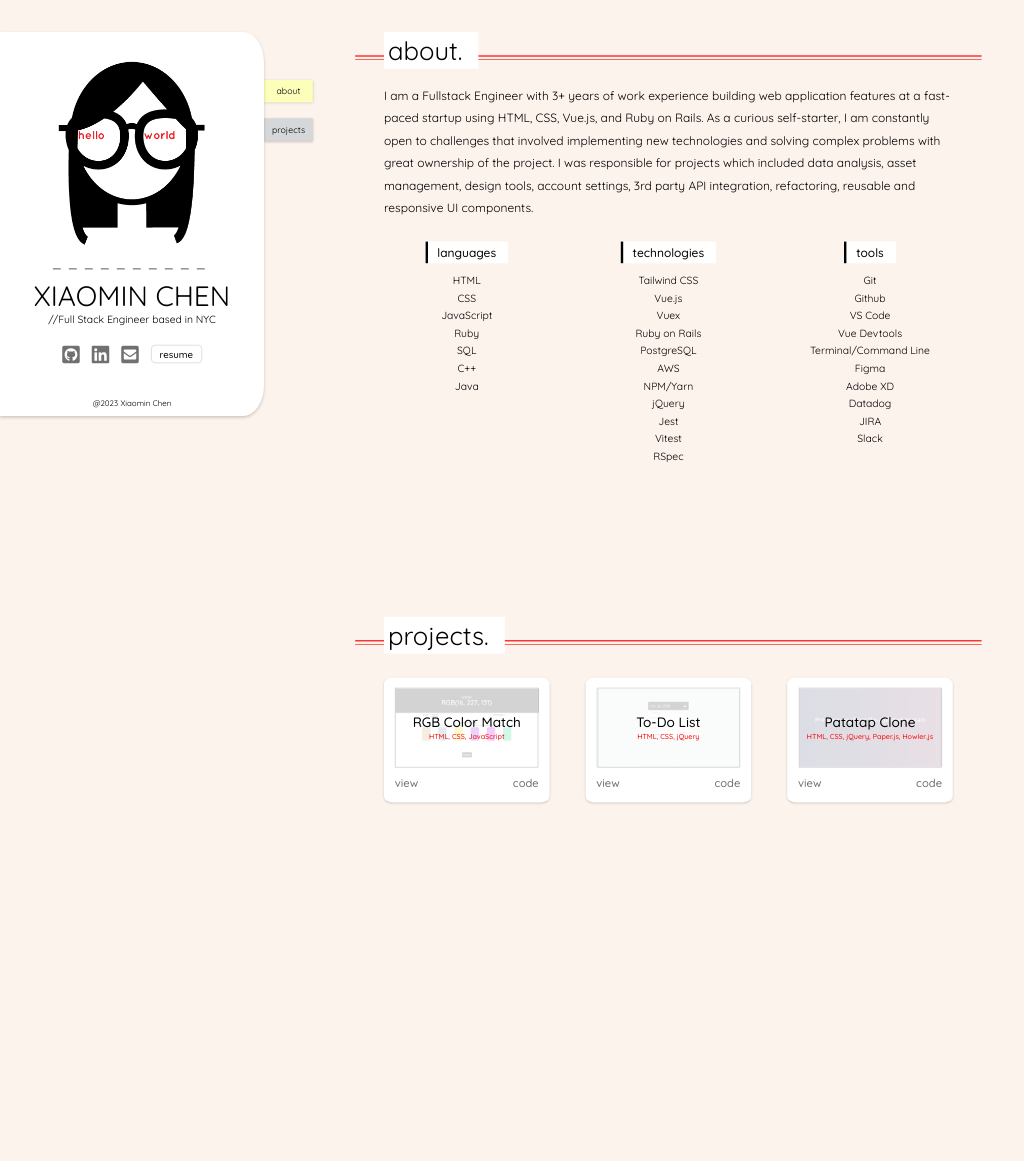
Repository: xchen136/xchen136.github.io
Page: index.html
An editor plug-in stored every save of this project. The page is shown before and after the next save, followed by the edit.
The browser window is 1280 px wide. The pictures show the whole page, at 80% of full size.
Some web libraries are served in a nearby version. The style sheet was rebuilt from its Sass, Less or Tailwind sources for each picture, by a compiler version that may differ from the author's.

Above is the page before, as saved 2023-04-08 13:56:34.

### index.html
<!DOCTYPE html>
<html lang="en">
<head>
	<meta charset="UTF-8">
	<meta name="viewport" content="width=device-width, initial-scale=1.0">
	<link rel="stylesheet" href="css/style.css">
	<link rel="shortcut icon" type="image/png" href="img/icon/favicon-32.png">
	<link rel="stylesheet" href="https://fonts.googleapis.com/css?family=Quicksand:300,400,500,700&display=swap">
	<link rel="stylesheet" href="https://use.fontawesome.com/releases/v5.8.1/css/all.css">
	<script src="https://code.jquery.com/jquery-3.6.4.min.js" integrity="sha256-oP6HI9z1XaZNBrJURtCoUT5SUnxFr8s3BzRl+cbzUq8=" crossorigin="anonymous"></script>

	<title>Xiaomin Chen</title>
</head>

<body class="main-background">
	<header id="home-header" class="header">
		<div class="header__profile">
			<div class="header__profile-logo-box">
				<img class="header__profile-avatar header__profile-logo"
					 alt="xiaomin's cartoon avatar"
					 srcset="img/avatar/cartoon_avatar-1x.png 1x, img/avatar/cartoon_avatar-2x.png 2x"
					 src="img/avatar/cartoon_avatar-2x.png">

				<img class="header__profile-avatar header__profile-photo"
					 alt="xiaomin's photo"
					 srcset="img/avatar/portrait_avatar-1x.jpg 1x, img/avatar/portrait_avatar-2x.jpg 2x"
					 src="img/avatar/portrait_avatar-2x.jpg">
			</div>

			<div class="header__divider-box">
				<div class="header__divider-line"></div>
			</div>

			<div class="header__content">
				<h1 class="heading-primary">
					<div class="heading-primary--main">Xiaomin Chen</div>
					<div class="heading-primary--sub">//Full Stack Engineer based in NYC</div>
				</h1>

				<div class="header__profileLinks">
					<a class="header__profileItem" href="https://github.com/xchen136" target="_blank"><i class="fab fa-github-square"></i></a>

					<a class="header__profileItem" href="https://www.linkedin.com/in/xchen136" target="_blank"><i class="fab fa-linkedin"></i></a>

					<!-- <a class="header__profileItem" href="https://www.instagram.com/wata.hia/" target="_blank"><i class="fab fa-instagram"></i></a> -->

					<a class="header__profileItem header__profileItem--email" tooltip="click to copy email">
						<i class="fas fa-envelope-square"></i>
					</a>

					<span class="header__btn-resume">
						<a href="Xiaomin_Chen_Resume.pdf" download>resume</a>
					</span>
				</div>

				<footer class="footer--home">@2023 Xiaomin Chen</footer>
			</div>
		</div>

		<nav id="home-nav" class="section-tab">
			<ul>
				<li class="section-tab__item section-tab__item--about"><a class="section-tab__link" href="#about">about</a></li>
				<!-- <li class="section-tab__item section-tab__item--design"><a class="section-tab__link" href="#design">design</a></li> -->
				<li class="section-tab__item section-tab__item--develop"><a class="section-tab__link" href="#projects">projects</a></li>
			</ul>
		</nav>
	</header>

	<main class="content">
		<section id="about" class="section-about">

			<div class="section-title">
				<div class="section-title__divider"></div>
				<h2 class="heading-secondary heading-secondary--sectionTitle">about.</h2>
			</div>

			<p class="section-about__summary">I am a Fullstack Engineer with 3+ years of work experience building web application features at a fast-paced startup using HTML, CSS, Vue.js, and Ruby on Rails.
				As a curious self-starter, I am constantly open to challenges that involved implementing new technologies and solving complex problems with great ownership of the project.
				I was responsible for projects which included data analysis, asset management, design tools, account settings, 3rd party API integration, refactoring, reusable and responsive UI components. </p>

			<div class="skill-box-row skill-box row">
				<div class="col-1-of-3">
					<!-- <img class="icon"
						 alt="icon for languages"
						 srcset="img/icon/icon-tech-1x.png 1x, img/icon/icon-tech-2x.png 2x"
						 src="img/icon/icon-tech-2x.png"> -->

					<h3 class="heading-tertiary skill-title">Languages</h3>
					<ul class="skill">
						<li class="skill__item">HTML</li>
						<li class="skill__item">CSS</li>
						<li class="skill__item">JavaScript</li>
						<li class="skill__item">Ruby</li>
						<li class="skill__item">SQL</li>
						<li class="skill__item">C++</li>
						<li class="skill__item">Java</li>
					</ul>
				</div>
				<div class="col-1-of-3">
					<!-- <img class="icon"
						 alt="icon for technology"
						 srcset="img/icon/icon-tech-1x.png 1x, img/icon/icon-tech-2x.png 2x"
						 src="img/icon/icon-tech-2x.png"> -->

					<h3 class="heading-tertiary skill-title">Technologies</h3>
					<ul class="skill">
						<li class="skill__item">Tailwind CSS</li>
						<li class="skill__item">Vue.js</li>
						<li class="skill__item">Vuex</li>
						<li class="skill__item">Ruby on Rails</li>
						<li class="skill__item">PostgreSQL</li>
						<li class="skill__item">AWS</li>
						<li class="skill__item">NPM/Yarn</li>
						<li class="skill__item">jQuery</li>
						<li class="skill__item">Jest</li>
						<li class="skill__item">Vitest</li>
						<li class="skill__item">RSpec</li>
					</ul>
				</div>
				<div class="col-1-of-3">
					<!-- <img class="icon"
						 alt="icon for tool"
						 srcset="img/icon/icon-tool-1x.png 1x, img/icon/icon-tool-2x.png 2x"
						 src="img/icon/icon-tool-2x.png"> -->
					<h3 class="heading-tertiary skill-title">Tools</h3>
					<ul class="skill">
						<li class="skill__item">Git</li>
						<li class="skill__item">Github</li>
						<li class="skill__item">VS Code</li>
						<li class="skill__item">Vue Devtools</li>
						<li class="skill__item">Terminal/Command Line</li>
						<li class="skill__item">Figma</li>
						<li class="skill__item">Adobe XD</li>
						<li class="skill__item">Datadog</li>
						<li class="skill__item">JIRA</li>
						<li class="skill__item">Slack</li>
					</ul>
				</div>
				<!-- <div class="col-1-of-3">
					<img class="icon"
						 alt="icon for design"
						 srcset="img/icon/icon-design-1x.png 1x, img/icon/icon-design-2x.png 2x"
					     src="img/icon/icon-design-2x.png">
					<h3 class="heading-tertiary skill-title">Design</h3>
					<ul class="skill">
						<li class="skill__item">Logo</li>
						<li class="skill__item">Poster</li>
						<li class="skill__item">Brochure</li>
						<li class="skill__item">Application</li>
						<li class="skill__item">Website</li>
					</ul>
				</div> -->
			</div>

			<div class="skill-box-col">
				<div class="skill-box-col__section">
					<h3 class="heading-tertiary skill-title">Languages</h3>
					<div class="skill-box-col__list">
						HTML, CSS, JavaScript, Ruby, SQL, C++, Java
					</div>
				</div>
				<div class="skill-box-col__section">
					<h3 class="heading-tertiary skill-title">Technologies</h3>
					<div class="skill-box-col__list">Tailwind CSS, Vue.js, Vuex, Ruby on Rails, PostgreSQL, AWS, NPM, Yarn, jQuery, Jest, Vitest, RSpec</div>
				</div>
				<div class="skill-box-col__section">
					<h3 class="heading-tertiary skill-title">Tools</h3>
					<div class="skill-box-col__list">Git, Github, VS Code, Vue Devtools, Terminal, Command Line, Figma, Adobe XD, Datadog, JIRA, Slack</div>
				</div>
			</div>
		</section>

		<!-- Jumping to <section> fail to change section-tab color to yellow, so will jump to id="design" class="locator" -->
		<!-- <section class="section-design">
			<div id="design" class="locator"></div>

			<div class="section-title">
				<div class="section-title__divider section-title__divider--long"></div>
				<h2 class="heading-secondary heading-secondary--sectionTitle">design.</h2>
			</div>

			<div class="section-design__content">
				<div class="row">
					<div class="col-1-of-4">
						<a href="design-chopstick.html">
							<div class="design-cover">
								<img class="design-cover__img"
									 alt="cropped cover for chopstick expedition's booklet design"
									 srcset="img/design-cover/chopstick-1x.jpg 1x, img/design-cover/chopstick-2x.jpg 2x"
									 src="img/design-cover/chopstick-2x.jpg">

								<div class="design-cover__content">
									<div class="design-cover__title">
										<p class="design-cover__title--main">Chopstick</p>
										<p class="design-cover__title--sub">Booklet</p>
									</div>
								</div>
							</div>
						</a>
					</div>
					<div class="col-1-of-4">
						<a href="design-yusaku.html">
							<div class="design-cover">
								<img class="design-cover__img"
									 alt="cropped cover for kamekura yusaku's design project"
									 srcset="img/design-cover/yusaku-eblast-1x.jpg 1x,
									         img/design-cover/yusaku-eblast-2x.jpg 2x"
								 	 src="img/design-cover/yusaku-eblast-2x.jpg">

								<div class="design-cover__content">
									<div class="design-cover__title">
										<p class="design-cover__title--main">Yusaku</p>
										<p class="design-cover__title--sub">Poster + Flyer</p>
									</div>
								</div>
							</div>
						</a>
					</div>
					<div class="col-1-of-4">
						<a href="design-ohny.html">
							<div class="design-cover">
								<img class="design-cover__img"
									 alt="cropped cover for open house new york's brochure design"
									 srcset="img/design-cover/ohny-1x.jpg 1x, img/design-cover/ohny-2x.jpg 2x"
									 src="img/design-cover/ohny-2x.jpg">

								<div class="design-cover__content">
									<div class="design-cover__title">
										<p class="design-cover__title--main">OHNY</p>
										<p class="design-cover__title--sub">Brochure</p>
									</div>
								</div>
							</div>
						</a>
					</div>
					<div class="col-1-of-4">
						<a href="design-metrofare.html">
							<div class="design-cover">
								<img class="design-cover__img"
									 alt="cropped cover for metrofare refill's app interface design"
									 srcset="img/design-cover/metrofare-refill-1x.jpg 1x,
									      img/design-cover/metrofare-refill-2x.jpg 2x"
									 src="img/design-cover/metrofare-refill-2x.jpg">

								<div class="design-cover__content">
									<div class="design-cover__title">
										<p class="design-cover__title--main">MetroFare Refill</p>
										<p class="design-cover__title--sub">App Interface</p>
									</div>
								</div>
							</div>
						</a>
					</div>
				</div>

				<div class="row">
					<div class="col-1-of-4">
						<a href="design-forest.html">
							<div class="design-cover">
								<img class="design-cover__img"
									 alt="cropped cover for the forest's movie poster design"
								     srcset="img/design-cover/the-forest-1x.jpg 1x, img/design-cover/the-forest-2x.jpg 2x"
								     src="img/design-cover/the-forest-2x.jpg">

								<div class="design-cover__content">
									<div class="design-cover__title">
										<p class="design-cover__title--main">The Forest</p>
										<p class="design-cover__title--sub">Poster</p>
									</div>
								</div>
							</div>
						</a>
					</div>
					<div class="col-1-of-4">
						<a href="design-sexualOffense.html">
							<div class="design-cover">
								<img class="design-cover__img"
									 alt="cropped cover for sexual offense's data visualization poster design"
									 srcset="img/design-cover/sexual-offense-1x.jpg 1x,
									 		 img/design-cover/sexual-offense-2x.jpg 2x"
									 src="img/design-cover/sexual-offense-2x.jpg">
								<div class="design-cover__content">
									<div class="design-cover__title">
										<p class="design-cover__title--main">Sexual Offense</p>
										<p class="design-cover__title--sub">Poster</p>
									</div>
								</div>
							</div>
						</a>
					</div>
					<div class="col-1-of-4">
						<a href="design-skyscraper.html">
							<div class="design-cover">
								<img class="design-cover__img"
									 alt="cropped cover for walking skyscraper's typography poster design"
									 srcset="img/design-cover/walking-skyscraper-1x.jpg 1x,
									 		 img/design-cover/walking-skyscraper-2x.jpg 2x"
									 src="img/design-cover/walking-skyscraper-2x.jpg">
								<div class="design-cover__content">
									<div class="design-cover__title">
										<p class="design-cover__title--main">Skyscraper</p>
										<p class="design-cover__title--sub">Poster</p>
									</div>
								</div>
							</div>
						</a>
					</div>
					<div class="col-1-of-4">
						<a href="design-superstudio.html">
							<div class="design-cover">
								<img class="design-cover__img"
									 alt="cropped cover for superstudio's world vision visual identity design"
									 srcset="img/design-cover/superstudio-1x.png 1x, img/design-cover/superstudio-2x.png 2x"
									 src="img/design-cover/superstudio-2x.png">
								<div class="design-cover__content">
									<div class="design-cover__title">
										<p class="design-cover__title--main">Superstudio</p>
										<p class="design-cover__title--sub">Logo</p>
									</div>
								</div>
							</div>
						</a>
					</div>
				</div>
			</div>


		</section> -->

		<section class="section-develop"> <!-- section-tab won't change to yellow when it jumps to this location-->

			<!-- to jump to a nice looking location-->
			<div id="projects" class="locator"></div>

			<div class="section-title">
				<div class="section-title__divider"></div>
				<h2 class="heading-secondary heading-secondary--sectionTitle">projects.</h2>
			</div>

			<div class="row">
				<div class="col-1-of-3 col-1-of-1">
					<div class="develop-cover">
						<div class="develop-cover__content">
							<img class="develop-cover__img"
								 alt="cover for the rgb color match coding project"
								 srcset="img/develop-cover/rgb-game-1x.png 1x, img/develop-cover/rgb-game-2x.png 2x"
								 src="img/develop-cover/rgb-game-2x.png">

							<div class="develop-cover__title">
								<p class="develop-cover__title--main">RGB Color Match</p>
								<p class="develop-cover__title--sub">HTML, CSS, JavaScript</p>
							</div>
						</div>

						<div class="develop-cover__btns">
							<a class="develop-cover__link develop-cover__link--left" href="coding-project/rgb-game/RGBgame.html" target="_blank">view</a>
							<a class="develop-cover__link develop-cover__link--right" href="https://github.com/xchen136/RGB-Color-Match" target="_blank">code</a>
						</div>
					</div>
				</div>

				<div class="col-1-of-3 col-1-of-1">
					<div class="develop-cover">
						<div class="develop-cover__content">
							<img class="develop-cover__img"
								 alt="cover for the todo list coding project"
								 srcset="img/develop-cover/todo-list-1x.png 1x, img/develop-cover/todo-list-2x.png 2x"
								 src="img/develop-cover/todo-list-2x.png">


							<div class="develop-cover__title">
								<p class="develop-cover__title--main">To-Do List</p>
								<p class="develop-cover__title--sub">HTML, CSS, jQuery</p>
							</div>
						</div>

						<div class="develop-cover__btns">
							<a class="develop-cover__link develop-cover__link--left" href="coding-project/todo-list/todo.html" target="_blank">view</a>
							<a class="develop-cover__link develop-cover__link--right" href="https://github.com/xchen136/To-do-List" target="_blank">code</a>
						</div>
					</div>
				</div>

				<div class="col-1-of-3 col-1-of-1">
					<div class="develop-cover">
						<div class="develop-cover__content">
							<img class="develop-cover__img"
								 alt="cover for the patatap coding project"
								 srcset="img/develop-cover/patatap-1x.png 1x, img/develop-cover/patatap-2x.png 2x"
								 src="img/develop-cover/patatap-2x.png">

							<div class="develop-cover__title">
								<p class="develop-cover__title--main">Patatap Clone</p>
								<p class="develop-cover__title--sub">HTML, CSS, jQuery, Paper.js, Howler,js</p>
							</div>
						</div>

						<div class="develop-cover__btns">
							<a class="develop-cover__link develop-cover__link--left" href="coding-project/patatap-clone/patatap.html" target="_blank">view</a>
							<a class="develop-cover__link develop-cover__link--right" href="https://github.com/xchen136/Patatap-Clone" target="_blank">code</a>
						</div>
					</div>
				</div>
			</div>

			<div class="row">
				<!-- <div class="col-1-of-3 col-1-of-1">
					<div class="develop-cover">
						<div class="develop-cover__content">
							<img class="develop-cover__img"
								 alt="cover for the step counting data visualization coding project"
								 srcset="img/develop-cover/step-counting-1x.png 1x,
								 		 img/develop-cover/step-counting-2x.png 2x"
								 src="img/develop-cover/step-counting-2x.png">

							<div class="develop-cover__title">
								<p class="develop-cover__title--main">Data Visualization</p>
								<p class="develop-cover__title--sub">HTML, CSS, jQuery, D3.js</p>
							</div>
						</div>

						<div class="develop-cover__btns">
							<a class="develop-cover__link develop-cover__link--left" href="coding-project/step-counting/step-counting.html" target="_blank">view</a>
							<a class="develop-cover__link develop-cover__link--right" href="https://github.com/xchen136/Step-Counting-and-Screen-Time" target="_blank">code</a>
						</div>
					</div>
				</div>	 -->

				<!-- <div class="col-1-of-3 col-1-of-1">
					<div class="develop-cover">
						<div class="develop-cover__content">
							<img class="develop-cover__img"
								 alt="cover for the song finder coding project"
								 srcset="img/develop-cover/song-finder-1x.png 1x, img/develop-cover/song-finder-2x.png 2x"
								 src="img/develop-cover/song-finder-2x.png">

							<div class="develop-cover__title">
								<p class="develop-cover__title--main">Song Track Finder</p>
								<p class="develop-cover__title--sub">HTML, CSS, jQuery, last.fm API</p>
							</div>
						</div>

						<div class="develop-cover__btns">
							<a class="develop-cover__link develop-cover__link--left" href="coding-project/song-track-finder/song-track-finder.html" target="_blank">view</a>
							<a class="develop-cover__link develop-cover__link--right" href="https://github.com/xchen136/Song-Track" target="_blank">code</a>
						</div>
					</div>
				</div>	 -->

<!-- 				<div class="col-1-of-3 col-1-of-1">
					<div class="develop-cover">
						<div class="develop-cover__content">
							<img class="develop-cover__img" src="#" alt="image cover for coding project ---">

							<div class="develop-cover__title">
								<p class="develop-cover__title--main">Coming Soon...</p>
								<p class="develop-cover__title--sub">%$#%#I^</p>
							</div>
						</div>

						<div class="develop-cover__btns">
							<a class="develop-cover__link develop-cover__link--left" href="#develop" target="_blank">view</a>
							<a class="develop-cover__link develop-cover__link--right" href="#develop" target="_blank">code</a>
						</div>
					</div>
				</div>	 -->
			</div>
		</section>

		<section class="section-contact"></section>
	</main>

	<script type="text/javascript" src="js/homepage.js"></script>
</body>
</html>

### sass/main.scss


@import "abstracts/mixins";
@import "abstracts/variables";

@import "base/animations";
@import "base/base";
@import "base/typography";
@import "base/utilities";

@import "components/autoSlide";
@import "components/card";
@import "components/design-cover";
@import "components/develop-cover";
@import "components/scroll-indicator";
@import "components/section-title";

@import "layout/design-content";
@import "layout/design-nav";
@import "layout/footer";
@import "layout/grid";
@import "layout/header";
@import "layout/section-tab";

@import "pages/home";

### sass/abstracts/_variables.scss


//GRID
$grid-width: 114rem;
$gutter-vertical-huge: 7rem;
$gutter-vertical-big: 6rem;
$gutter-vertical: 5rem;
$gutter-vertical-small: 3rem;
$gutter-horizontal-gigantic: 10rem;
$gutter-horizontal-huge: 7rem;
$gutter-horizontal: 4.5rem;
$gutter-horizontal-small: 3.5rem;
$gutter-horizontal-tiny: 2rem;
$gutter-horizontal-mini: 1rem;


//COLORS
$color-primary: #FDF3ED;
$color-gray: #D5D7DB;
$color-gray-dark: #707070;
$color-red: #FB0808;
$color-yellow: #FBFFB9;


//BOX-SHADOW
$shadow-default: 0 2px 4px rgba(#000000, .2);
$shadow-light: 0 1px 3px rgba(#000000, .2);


//HEADER WIDTH
$header-width-tabLand: 30rem;
$header-width-desktop: 35rem;

### sass/base/_animations.scss

@keyframes fade {
    from {
    	opacity: .4;
	}
    to {
    	opacity: 1;
	}
}


@keyframes moveX{
	from {
		left: .2rem; 				//color-ball shadow is 2px
	}
	to {
		left: 13.08rem;
	}
}


@keyframes moveY {
	from {
		top: .2rem;
	}
	to {
		top: 8.04rem;
	}
}


@media (max-width: 46.88em), (hover:none){		//sm-tab-port

	@keyframes moveX{
		from {
			left: .2rem;
		}
		to {
			left: 24.84rem;
		}
	}
}


@media (max-width: 46.88em), (hover:none){		//sm-tab-port

	@keyframes moveY{
		from {
			top: .2rem;
		}
		to {
			top: 15.32rem;
		}
	}
}


@keyframes moveTitleLeft{
	0%{
		opacity: 0;
		left: 50%;
	}

	100%{
		opacity: 1;
		left: 0;
	}
}


@keyframes moveTitleRight{
	0%{
		opacity: 0;
		right: 50%;
	}

	100%{
		opacity: 1;
		right: 0;
	}
}


@keyframes scrollDown{
	0%{
		right: 0;
	}

	100%{
		right: 75%;
	}
}

### sass/base/_utilities.scss

.u-margin-bottom-mini{
	margin-bottom: 1rem !important;
}

### sass/components/_section-title.scss

.section-title{
	position: relative;
	margin-bottom: 3rem;

	&:first-of-type{
		margin-bottom: 2rem;
	}

	@include respond(big-tab-port){
		margin-bottom: 3.5rem;
	}

	@include respond(big-phone){
		margin-bottom: 6rem;
	}


	&__divider{
		position: absolute;
		z-index: 1;
		left: -5%;
		top: 63%;
		width: 110%;
		height: 6px;
		border-top: 2px solid rgba($color-red, 0.8);
		border-bottom: .6px solid rgba($color-red, 0.8);

		@include respond(big-tab-land){
			top: 58%;
			border-top: 1.6px solid rgba($color-red, 0.8);
			border-bottom: .5px solid rgba($color-red, 0.8);
		}

		@include respond(med-desktop){
			height: 8.5px;
			border-top: 2.4px solid rgba($color-red, 0.8);
			border-bottom: 1px solid rgba($color-red, 0.8);
		}

		@include respond(huge-desktop){
			height: 12px;
			border-top: 3px solid rgba($color-red, 0.8);
			border-bottom: 1.2px solid rgba($color-red, 0.8);
		}
	}
}

### sass/layout/_footer.scss


.footer{
	&--home{
		position: absolute;
		@include centerH;
		bottom: 1rem;
		font-weight: 400;

		@include respond(big-tab-port){
			font-size: 1.3rem;
		}

		@include respond(big-phone){
			font-weight: 500;
		}

		@include respond(sm-phone){
			font-size: 1.6rem;
			bottom: 2rem;
		}
	}

	&--design{
		display: flex;
		align-items: center;
		justify-content: center;
		height: 6vh;
		font-size: 1.2rem;

		@include respond(sm-tab-port){
			font-size: 2rem;
			height: 6rem;
		}

		@include respond(big-phone){
			font-size: 2.2rem;
			height: 7rem;
		}

		@include respond(sm-phone){
			font-size: 2.5rem;
		}
	}
}

Loaded but not shown: js/homepage.js (65 lines, source omitted); sass/layout/_header.scss (326 lines, source omitted); sass/layout/_grid.scss (164 lines, source omitted); sass/pages/_home.scss (238 lines, source omitted); sass/layout/_design-content.scss (205 lines, source omitted); sass/components/_develop-cover.scss (183 lines, source omitted); sass/base/_typography.scss (167 lines, source omitted); sass/abstracts/_mixins.scss (92 lines, source omitted); sass/components/_design-cover.scss (126 lines, source omitted); sass/layout/_design-nav.scss (135 lines, source omitted); sass/components/_card.scss (103 lines, source omitted); sass/base/_base.scss (57 lines, source omitted); sass/components/_autoSlide.scss (66 lines, source omitted); sass/layout/_section-tab.scss (67 lines, source omitted); sass/components/_scroll-indicator.scss (53 lines, source omitted)

After the next save:
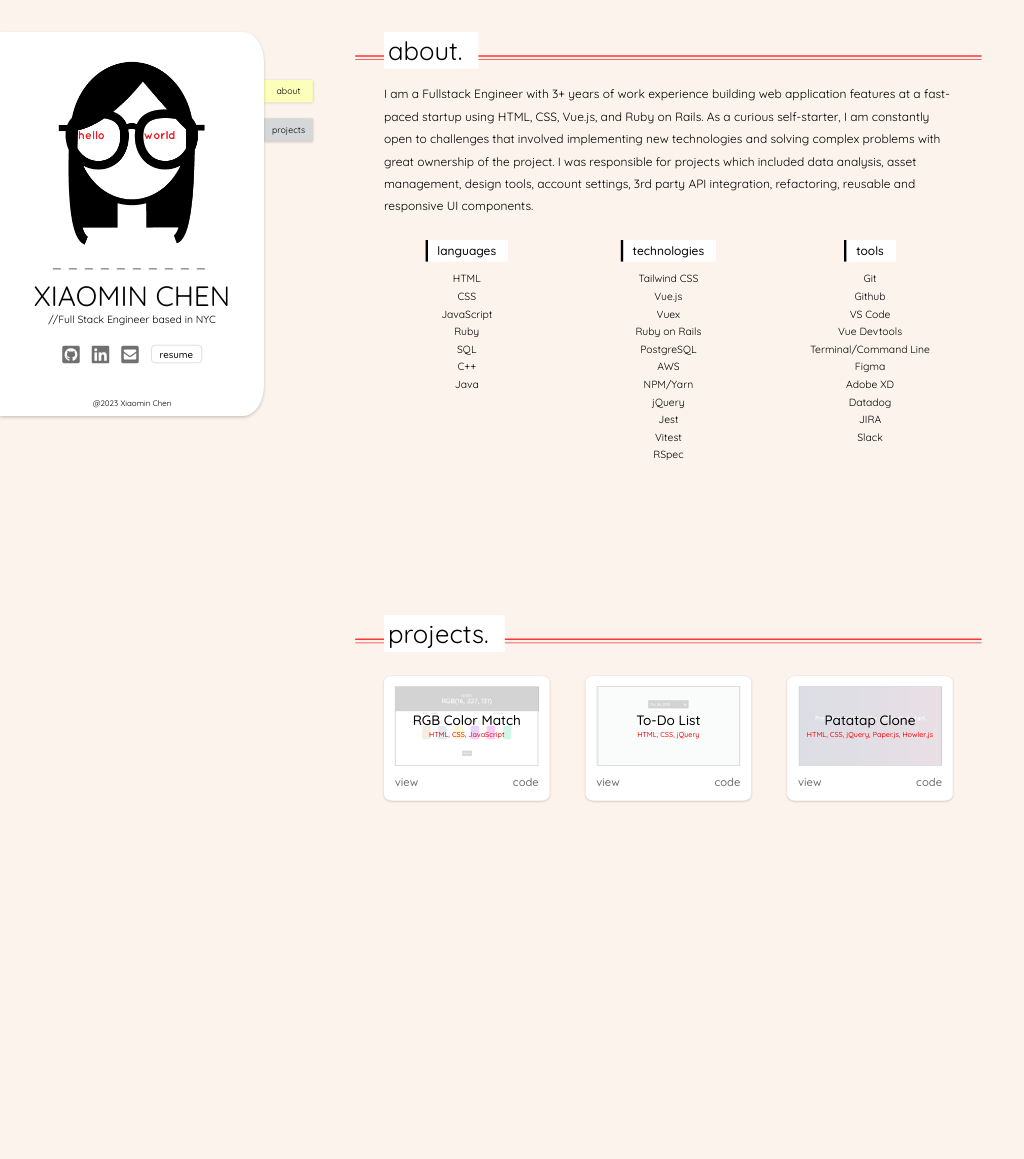
Saved 4 min 12 s later.
--- a/sass/components/_section-title.scss
+++ b/sass/components/_section-title.scss
@@ -4,7 +4,7 @@
 	margin-bottom: 3rem;
 
 	&:first-of-type{
-		margin-bottom: 2rem;
+		margin-bottom: 1.8rem;
 	}
 
 	@include respond(big-tab-port){
